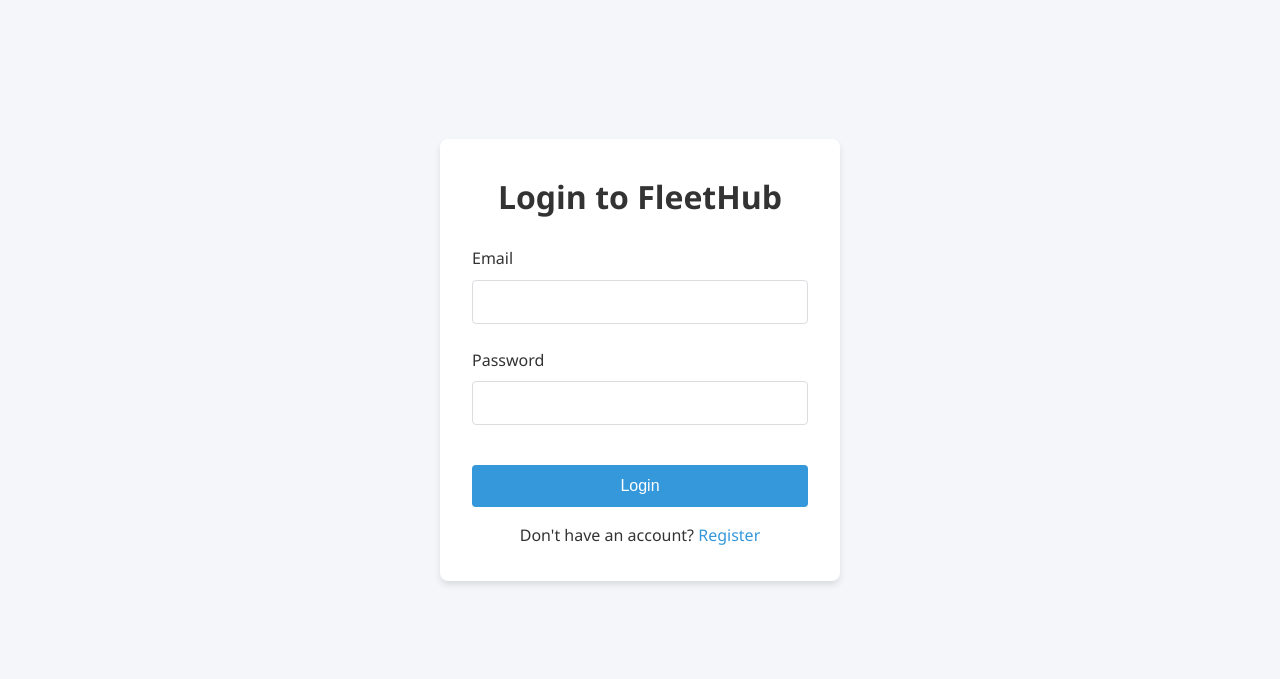
Repository: fevren2001/fleethub
Page: / (app in fleethub-frontend/)
The author's editor kept a copy of each file at every save. The page is drawn from the files as they stood at one save, then again after the next save.
The browser window is 1280 px wide. The pictures show the whole page.
The project was rebuilt for these pictures with package versions that can differ from the ones it lists, and the page was loaded fresh each time. Also part of the build but not shown: fleethub-frontend/vite.config.ts, fleethub-frontend/src/components/common/Navbar.tsx, fleethub-frontend/src/components/common/Sidebar.tsx, fleethub-frontend/src/components/common/MainLayout.tsx, fleethub-frontend/src/api/deliveries.ts, fleethub-frontend/src/pages/Dashboard.tsx, fleethub-frontend/src/pages/Register.tsx, fleethub-frontend/src/api/drivers.ts and 18 more.

Above is the page before, as saved 2025-07-22 01:55:29.

### fleethub-frontend/src/index.css
/* src/index.css */
:root {
  --primary-color: #2c3e50;
  --secondary-color: #3498db;
  --accent-color: #e74c3c;
  --text-color: #333;
  --light-bg: #f5f6fa;
  --border-color: #dcdde1;
}

* {
  margin: 0;
  padding: 0;
  box-sizing: border-box;
}

body {
  font-family: "Segoe UI", Tahoma, Geneva, Verdana, sans-serif;
  color: var(--text-color);
  line-height: 1.6;
}

/* Layout */
.app-container {
  display: flex;
  flex-direction: column;
  min-height: 100vh;
}

.navbar {
  background-color: var(--primary-color);
  color: white;
  padding: 1rem 2rem;
  display: flex;
  justify-content: space-between;
  align-items: center;
}

.navbar-brand a {
  color: white;
  font-size: 1.5rem;
  font-weight: bold;
  text-decoration: none;
}

.content-container {
  display: flex;
  flex: 1;
}

.sidebar {
  width: 250px;
  background-color: var(--light-bg);
  border-right: 1px solid var(--border-color);
  padding: 1rem 0;
}

.sidebar-menu {
  list-style: none;
}

.sidebar-menu li {
  margin-bottom: 0.5rem;
}

.sidebar-menu a {
  display: block;
  padding: 0.75rem 1.5rem;
  color: var(--text-color);
  text-decoration: none;
  transition: background-color 0.2s;
}

.sidebar-menu a:hover,
.sidebar-menu a.active {
  background-color: rgba(52, 152, 219, 0.1);
  color: var(--secondary-color);
}

.main-content {
  flex: 1;
  padding: 2rem;
  background-color: white;
}

/* Forms */
.form-group {
  margin-bottom: 1.5rem;
}

.form-group label {
  display: block;
  margin-bottom: 0.5rem;
  font-weight: 500;
}

.form-group input,
.form-group select,
.form-group textarea {
  width: 100%;
  padding: 0.75rem;
  border: 1px solid var(--border-color);
  border-radius: 4px;
  font-size: 1rem;
}

button {
  background-color: var(--secondary-color);
  color: white;
  border: none;
  padding: 0.75rem 1.5rem;
  border-radius: 4px;
  cursor: pointer;
  font-size: 1rem;
  transition: background-color 0.2s;
}

button:hover {
  background-color: #2980b9;
}

button:disabled {
  background-color: #95a5a6;
  cursor: not-allowed;
}

/* Tables */
.table-container {
  overflow-x: auto;
}

.data-table {
  width: 100%;
  border-collapse: collapse;
}

.data-table th,
.data-table td {
  padding: 0.75rem 1rem;
  text-align: left;
  border-bottom: 1px solid var(--border-color);
}

.data-table th {
  background-color: var(--light-bg);
  font-weight: 600;
}

/* Status badges */
.status-badge {
  display: inline-block;
  padding: 0.25rem 0.5rem;
  border-radius: 4px;
  font-size: 0.875rem;
  font-weight: 500;
}

.status-available {
  background-color: #2ecc71;
  color: white;
}

.status-on_delivery {
  background-color: #f39c12;
  color: white;
}

.status-off_duty {
  background-color: #95a5a6;
  color: white;
}

.status-inactive {
  background-color: #e74c3c;
  color: white;
}

/* Action buttons */
.action-button {
  display: inline-block;
  padding: 0.25rem 0.5rem;
  margin-right: 0.5rem;
  border-radius: 4px;
  text-decoration: none;
  font-size: 0.875rem;
}

.action-button.view {
  background-color: var(--secondary-color);
  color: white;
}

.action-button.edit {
  background-color: #f39c12;
  color: white;
}

/* Page header */
.page-header {
  display: flex;
  justify-content: space-between;
  align-items: center;
  margin-bottom: 2rem;
}

.add-button {
  background-color: var(--secondary-color);
  color: white;
  text-decoration: none;
  padding: 0.5rem 1rem;
  border-radius: 4px;
}

/* Login page */
.login-container {
  display: flex;
  justify-content: center;
  align-items: center;
  min-height: 100vh;
  background-color: var(--light-bg);
}

.login-form {
  background-color: white;
  padding: 2rem;
  border-radius: 8px;
  box-shadow: 0 4px 6px rgba(0, 0, 0, 0.1);
  width: 100%;
  max-width: 400px;
}

.login-form h1 {
  margin-bottom: 1.5rem;
  text-align: center;
}

.login-button {
  width: 100%;
  margin-top: 1rem;
}

/* Dashboard */
.stats-container {
  display: grid;
  grid-template-columns: repeat(auto-fill, minmax(250px, 1fr));
  gap: 1.5rem;
  margin-bottom: 2rem;
}

.stat-card {
  background-color: white;
  padding: 1.5rem;
  border-radius: 8px;
  box-shadow: 0 2px 4px rgba(0, 0, 0, 0.1);
}

.stat-card h3 {
  font-size: 1rem;
  color: #7f8c8d;
  margin-bottom: 0.5rem;
}

.stat-value {
  font-size: 2rem;
  font-weight: bold;
  color: var(--secondary-color);
}

/* Error message */
.error-message {
  background-color: #fadbd8;
  color: #c0392b;
  padding: 0.75rem;
  border-radius: 4px;
  margin-bottom: 1rem;
}

### fleethub-frontend/src/App.tsx
import React from 'react';
import { BrowserRouter, Routes, Route, Navigate } from 'react-router-dom';
import { AuthProvider } from './context/AuthContext';
import ProtectedRoute from './components/common/ProtectedRoute';

// Pages
import Login from './pages/Login';
import Dashboard from './pages/Dashboard';
import Register from './pages/Register';

// Driver Pages
import DriversList from './pages/Drivers/DriversList';
import DriverDetail from './pages/Drivers/DriverDetail';
import CreateDriver from './pages/Drivers/CreateDriver';
import DriverEdit from './pages/Drivers/DriverEdit';

// Truck Pages
import TrucksList from './pages/Trucks/TrucksList';
import TruckDetail from './pages/Trucks/TruckDetail';
import CreateTruck from './pages/Trucks/CreateTruck';
import TruckEdit from './pages/Trucks/TruckEdit';

// Garage Pages
import GaragesList from './pages/Garages/GaragesList';
import GarageDetail from './pages/Garages/GarageDetail';
import CreateGarage from './pages/Garages/CreateGarage';
import GarageEdit from './pages/Garages/GarageEdit';

// Deliveries Page
import DeliveriesList from './pages/Deliveries/DeliveriesList';

function App() {
  return (
    <AuthProvider>
      <BrowserRouter>
        <Routes>
          <Route path="/login" element={<Login />} />
          <Route path="/register" element={<Register />} />

          <Route path="/" element={
            <ProtectedRoute>
              <Dashboard />
            </ProtectedRoute>
          } />

          {/* Driver Routes */}
          <Route path="/drivers" element={<DriversList />} />
          <Route path="/drivers/new" element={<CreateDriver />} />
          <Route path="/drivers/:id" element={<DriverDetail />} />
          <Route path="/drivers/:id/edit" element={<DriverEdit />} />

          {/* Truck Routes */}
          <Route path="/trucks" element={<TrucksList />} />
          {/* <Route path="/trucks/create" element={<CreateTruck />} /> */}
          <Route path="/trucks/new" element={<CreateTruck />} />

          <Route path="/trucks/:id" element={<TruckDetail />} />
          <Route path="/trucks/edit/:id" element={<TruckEdit />} />

          {/* Garage Routes */}
          <Route path="/garages" element={<GaragesList />} />
          <Route path="/garages/create" element={<CreateGarage />} />
          <Route path="/garages/:id" element={<GarageDetail />} />
          <Route path="/garages/edit/:id" element={<GarageEdit />} />

          {/* Deliveries Route */}
          <Route path="/deliveries" element={<DeliveriesList />} />

          <Route path="*" element={<Navigate to="/" replace />} />
        </Routes>
      </BrowserRouter>
    </AuthProvider>
  );
}

export default App;

### fleethub-frontend/src/context/AuthContext.tsx
// src/context/AuthContext.tsx
import React, { createContext, useState, useEffect } from 'react';
import { login as apiLogin, getCurrentUser } from '../api/auth';

interface AuthContextType {
  user: any | null;
  isAuthenticated: boolean;
  isLoading: boolean;
  login: (email: string, password: string) => Promise<void>;
  logout: () => void;
}

export const AuthContext = createContext<AuthContextType>({} as AuthContextType);

export const AuthProvider: React.FC<{children: React.ReactNode}> = ({ children }) => {
  const [user, setUser] = useState<any | null>(null);
  const [isLoading, setIsLoading] = useState(true);

  useEffect(() => {
    const checkAuth = async () => {
      const token = localStorage.getItem('token');
      if (token) {
        try {
          const userData = await getCurrentUser();
          setUser(userData);
        } catch (error) {
          localStorage.removeItem('token');
        }
      }
      setIsLoading(false);
    };

    checkAuth();
  }, []);

  const login = async (email: string, password: string) => {
    setIsLoading(true);
    try {
      const { token, user } = await apiLogin({ email, password });
      localStorage.setItem('token', token);
      setUser(user);
    } finally {
      setIsLoading(false);
    }
  };

  const logout = () => {
    localStorage.removeItem('token');
    setUser(null);
  };

  return (
    <AuthContext.Provider value={{ user, isAuthenticated: !!user, isLoading, login, logout }}>
      {children}
    </AuthContext.Provider>
  );
};

### fleethub-frontend/src/components/common/ProtectedRoute.tsx
// src/components/common/ProtectedRoute.tsx
import React from 'react';
import { Navigate } from 'react-router-dom';
import { useAuth } from '../../hooks/useAuth';

interface ProtectedRouteProps {
  children: React.ReactNode;
}

const ProtectedRoute: React.FC<ProtectedRouteProps> = ({ children }) => {
  const { isAuthenticated, isLoading } = useAuth();

  if (isLoading) {
    return <div>Loading...</div>; // Or a better loading spinner
  }

  if (!isAuthenticated) {
    return <Navigate to="/login" replace />;
  }

  return <>{children}</>;
};

export default ProtectedRoute;

### fleethub-frontend/src/pages/Login.tsx
// src/pages/Login.tsx
import React, { useState } from 'react';
import { useNavigate } from 'react-router-dom';
import { useAuth } from '../hooks/useAuth';

const Login: React.FC = () => {
  const [email, setEmail] = useState('');
  const [password, setPassword] = useState('');
  const [error, setError] = useState('');
  const { login, isAuthenticated } = useAuth();
  const navigate = useNavigate();

  React.useEffect(() => {
    if (isAuthenticated) {
      navigate('/');
    }
  }, [isAuthenticated, navigate]);

  const handleSubmit = async (e: React.FormEvent) => {
    e.preventDefault();
    setError('');

    try {
      await login(email, password);
      navigate('/');
    } catch (err: any) {
      setError(err.response?.data?.message || 'Failed to login');
    }
  };

  return (
    <div className="login-container">
      <div className="login-form">
        <h1>Login to FleetHub</h1>

        {error && <div className="error-message">{error}</div>}

        <form onSubmit={handleSubmit}>
          <div className="form-group">
            <label htmlFor="email">Email</label>
            <input
              type="email"
              id="email"
              value={email}
              onChange={(e) => setEmail(e.target.value)}
              required
            />
          </div>

          <div className="form-group">
            <label htmlFor="password">Password</label>
            <input
              type="password"
              id="password"
              value={password}
              onChange={(e) => setPassword(e.target.value)}
              required
            />
          </div>

          <button type="submit" className="login-button">Login</button>
        </form>
        <div style={{ textAlign: 'center', marginTop: 16 }}>
          Don't have an account?{' '}
          <span style={{ color: '#3498db', cursor: 'pointer' }} onClick={() => navigate('/register')}>Register</span>
        </div>
      </div>
    </div>
  );
};

export default Login;

### fleethub-frontend/src/api/auth.ts
// src/api/auth.ts
import apiClient from './apiClient';

export interface LoginCredentials {
  email: string;
  password: string;
}

export interface AuthResponse {
  token: string;
  user: any;
}

export const login = async (credentials: LoginCredentials): Promise<AuthResponse> => {
  const response = await apiClient.post<AuthResponse>('/auth/login', credentials);
  return response.data;
};

export const register = async (email: string, password: string): Promise<void> => {
  await apiClient.post('/auth/register', { email, password });
};

export const getCurrentUser = async (): Promise<any> => {
  const response = await apiClient.get('/auth/me');
  return response.data;
};

### fleethub-frontend/src/hooks/useAuth.ts
// src/hooks/useAuth.ts
import { useContext } from 'react';
import { AuthContext } from '../context/AuthContext';

export const useAuth = () => {
  const context = useContext(AuthContext);
  if (context === undefined) {
    throw new Error('useAuth must be used within an AuthProvider');
  }
  return context;
};

### fleethub-frontend/src/api/apiClient.ts
// src/api/apiClient.ts
import axios from 'axios';

const apiClient = axios.create({
  baseURL: 'http://localhost:5000', // adjust to your backend URL
  headers: {
    'Content-Type': 'application/json',
  },
});

apiClient.interceptors.request.use(
  (config) => {
    const token = localStorage.getItem('token');
    if (token) {
      config.headers.Authorization = `Bearer ${token}`;
    }
    return config;
  },
  (error) => Promise.reject(error)
);

export default apiClient;

Loaded but not shown: fleethub-frontend/index.html (common file); fleethub-frontend/src/main.tsx (common file)

After the next save:
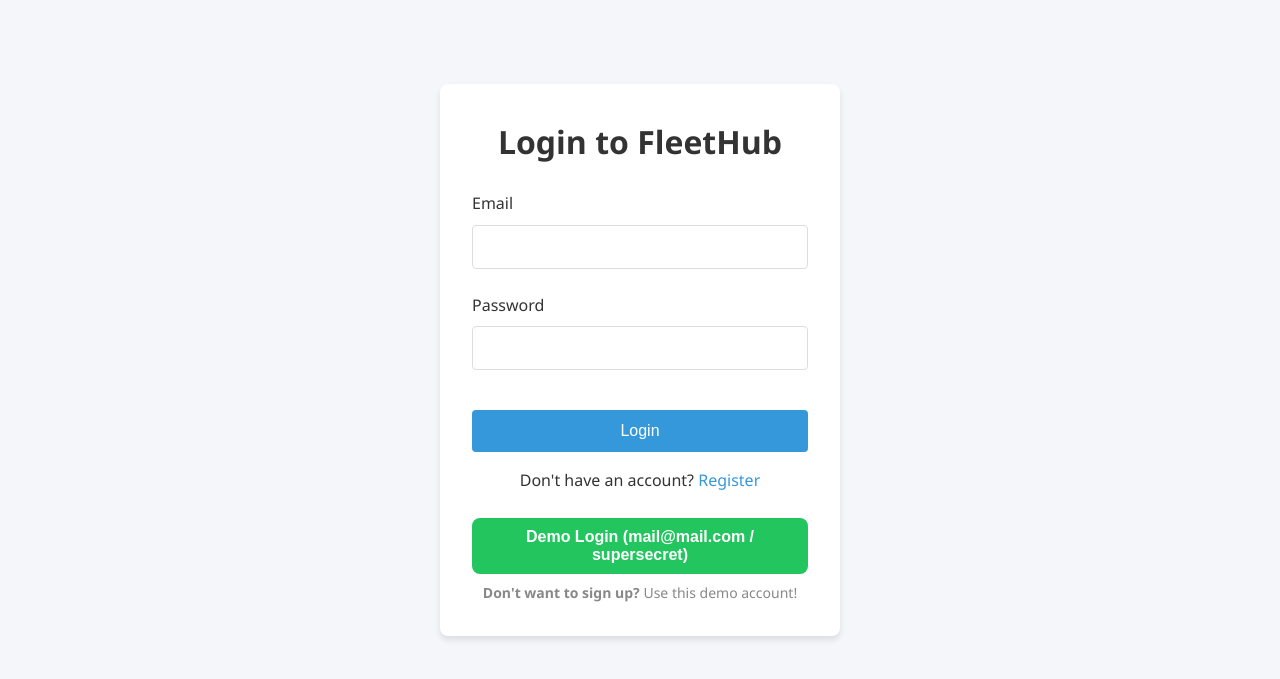
Saved 4 min 30 s later.
--- a/fleethub-frontend/src/pages/Login.tsx
+++ b/fleethub-frontend/src/pages/Login.tsx
@@ -64,6 +64,25 @@ const Login: React.FC = () => {
           Don't have an account?{' '}
           <span style={{ color: '#3498db', cursor: 'pointer' }} onClick={() => navigate('/register')}>Register</span>
         </div>
+        <div style={{ textAlign: 'center', marginTop: 24 }}>
+          <button
+            style={{ background: '#22c55e', color: '#fff', fontWeight: 600, border: 'none', borderRadius: 8, padding: '10px 24px', fontSize: 16, cursor: 'pointer' }}
+            onClick={async () => {
+              setError('');
+              try {
+                await login('mail@mail.com', 'supersecret');
+                navigate('/');
+              } catch (err: any) {
+                setError('Demo login failed');
+              }
+            }}
+          >
+            Demo Login (mail@mail.com / supersecret)
+          </button>
+          <div style={{ color: '#888', fontSize: 14, marginTop: 8 }}>
+            <strong>Don't want to sign up?</strong> Use this demo account!
+          </div>
+        </div>
       </div>
     </div>
   );
